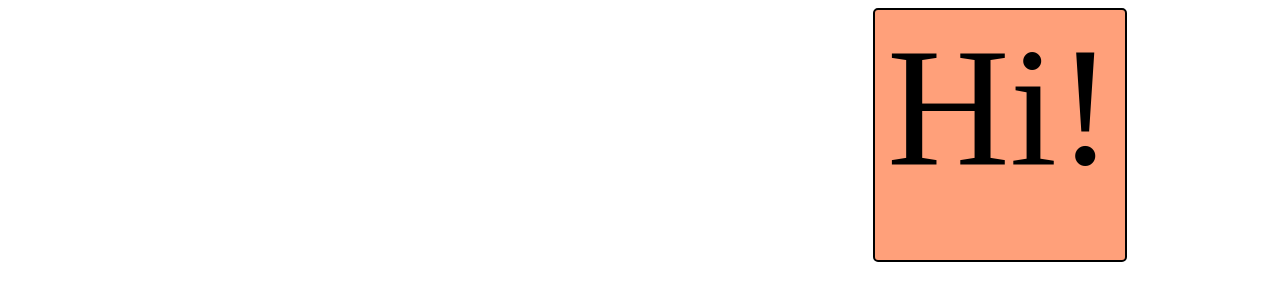
Repository: nottonofclay/csi_waymo
Page: animations/animations.html
These files come from the project's save history. The page is drawn as it stood at one moment and after a run of saves; the edit follows.
The browser window is 1280 px wide. The pictures show the whole page.

Above is the page before, as saved 2023-07-06 12:36:40.

After the next 2 saves:
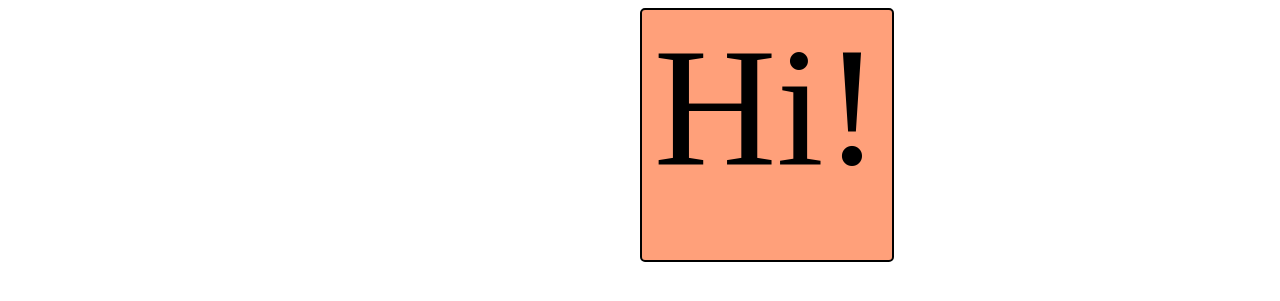
The 2 saves are shown as one change because they came seconds apart.
The last was saved 10 s later.
--- a/animations/animations.css
+++ b/animations/animations.css
@@ -11,7 +11,7 @@
     animation-play-state: running;
     animation-iteration-count: infinite;
     animation-delay: 0;
-    animation-timing-function: ease-out;
+    animation-timing-function: ease-in-out;
     animation-duration: 2s;
 }
 

After the 4 saves that followed:
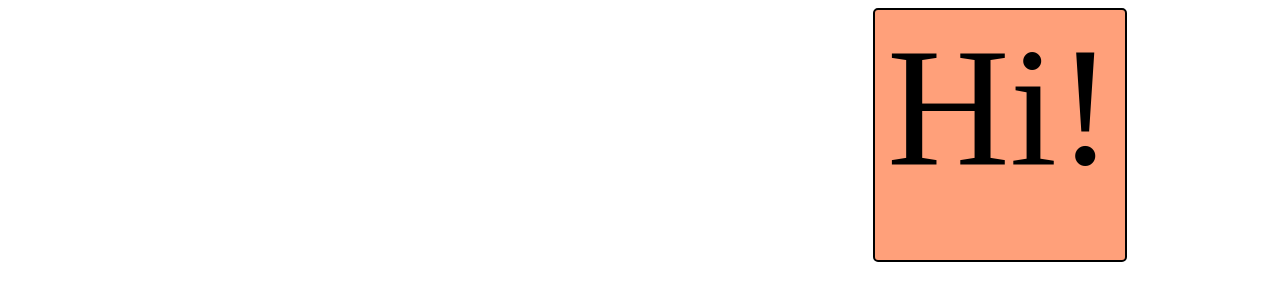
The 4 saves are shown as one change because 1 left the picture as it was and some came seconds apart.
The last was saved 19 s later.
--- a/animations/animations.css
+++ b/animations/animations.css
@@ -11,7 +11,7 @@
     animation-play-state: running;
     animation-iteration-count: infinite;
     animation-delay: 0;
-    animation-timing-function: ease-in-out;
+    animation-timing-function: ease-out;
     animation-duration: 2s;
 }
 
